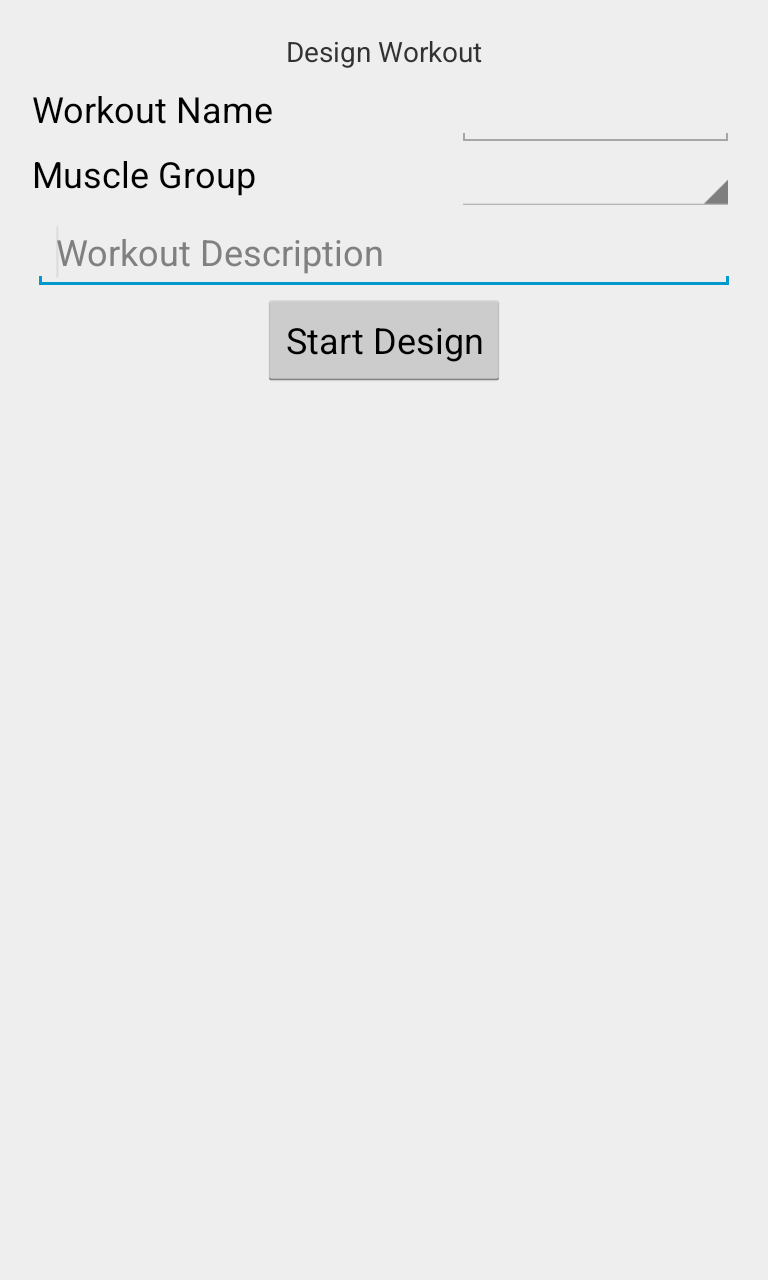
Repository: jmcdon09/EZWorkout
Layout: EzTrain/EzTrain/res/layout/activity_design_workout.xml
The author's editor kept a copy of each file at every save. The layout is drawn from the files as they stood at one save, then again after the next save.
It is drawn on a 768 x 1280 px phone screen (xhdpi) without system bars, with theme AppTheme; the app's code is not run.

Above is the layout before, as saved 2014-03-28 14:41:19.

### EzTrain/EzTrain/res/layout/activity_design_workout.xml
<LinearLayout xmlns:android="http://schemas.android.com/apk/res/android"
    xmlns:tools="http://schemas.android.com/tools"
    android:id="@+id/LinearLayout1"
    android:layout_width="match_parent"
    android:layout_height="match_parent"
    android:orientation="vertical"
    android:background="@color/background"
    android:paddingBottom="@dimen/activity_vertical_margin"
    android:paddingLeft="@dimen/activity_horizontal_margin"
    android:paddingRight="@dimen/activity_horizontal_margin"
    android:paddingTop="@dimen/activity_vertical_margin"
    tools:context=".DesignWorkout" >

    <TextView
        android:id="@+id/design_your_workout"
        android:layout_width="wrap_content"
        android:layout_gravity="center"
        android:layout_height="wrap_content"
        android:text="@string/design_work" />

    <LinearLayout android:layout_width="fill_parent" android:layout_height="wrap_content"
        android:weightSum="100" >
        <TextView
	        android:id="@+id/design_name"
	        android:layout_weight="40"
	        android:layout_width="fill_parent"
    	    android:layout_height="wrap_content"
        	android:text="@string/workout_name"
        	android:textAppearance="?android:attr/textAppearanceMedium" />

    	<EditText
    	    android:layout_weight="60"
        	android:id="@+id/design_name_enter"
        	android:layout_width="fill_parent"
        	android:layout_height="wrap_content"
        	android:inputType="text"
        	android:ems="10" >

        	<requestFocus />
    	</EditText>
	</LinearLayout>

    <LinearLayout android:layout_width="fill_parent" android:layout_height="wrap_content"
        android:weightSum="100" >
	    <TextView
	        android:id="@+id/design_muscle_group"
	        android:layout_width="fill_parent"
	        android:layout_height="wrap_content"
	        android:text="@string/muscle_group"
	        android:layout_weight="40"
	        android:textAppearance="?android:attr/textAppearanceMedium" />

	    <Spinner
	        android:id="@+id/muscle_group_spinner"
	        android:layout_weight="60"
	        android:layout_width="fill_parent"
	        android:layout_height="wrap_content" />

	</LinearLayout>


	<EditText
	    android:id="@+id/design_workout_notes_input"
	    android:layout_width="fill_parent"
	    android:layout_height="wrap_content"
        android:ems="10"
	    android:inputType="textMultiLine"
	    android:hint="@string/workout_description" >
        <requestFocus />
	</EditText>

    <Button
        android:id="@+id/design_workout_begin"
        android:layout_width="wrap_content"
        android:layout_height="wrap_content"
        android:layout_gravity="center"
        android:text="@string/begin_design" />

</LinearLayout>

### EzTrain/EzTrain/res/values-v11/styles.xml
<?xml version="1.0" encoding="utf-8"?>
<resources>

    <!--
        Base application theme for API 11+. This theme completely replaces
        AppBaseTheme from res/values/styles.xml on API 11+ devices.
    -->
    <style name="AppBaseTheme" parent="android:Theme.Holo.Light">
        <!-- API 11 theme customizations can go here. -->
    </style>

    <style name="FullscreenTheme" parent="android:Theme.Holo">
        <item name="android:actionBarStyle">@style/FullscreenActionBarStyle</item>
        <item name="android:windowActionBarOverlay">true</item>
        <item name="android:windowBackground">@null</item>
        <item name="buttonBarStyle">?android:attr/buttonBarStyle</item>
        <item name="buttonBarButtonStyle">?android:attr/buttonBarButtonStyle</item>
    </style>

    <style name="FullscreenActionBarStyle" parent="android:Widget.Holo.Light.ActionBar">
        <item name="android:background">@color/action_bar_background</item>
        <item name="android:actionMenuTextColor">@color/black_overlay</item>
    </style>

</resources>

### EzTrain/EzTrain/res/values-v14/styles.xml
<resources>

    <!--
        Base application theme for API 14+. This theme completely replaces
        AppBaseTheme from BOTH res/values/styles.xml and
        res/values-v11/styles.xml on API 14+ devices.
    -->
    <style name="AppBaseTheme" parent="@android:style/Theme.Holo.Light.DarkActionBar">
        <!-- API 14 theme customizations can go here. -->
        <item name="android:actionBarStyle">@style/MyActionBar</item>


    </style>

    <style name="MyActionBar" parent="@android:style/Widget.Holo.Light.ActionBar">
        <item name="android:background">@color/action_bar_background</item>
        <item name="android:titleTextStyle">@style/MyActionBarTitle</item>
    </style>

	<style name="MyActionBarTitle" parent="@android:style/TextAppearance.Holo.Widget.ActionBar.Title">
	    <item name="android:textColor">@color/title</item>

	</style>



</resources>

### EzTrain/EzTrain/res/values/colors.xml
<resources>

    <color name="action_bar_background">#4db6af</color>
    <color name="black_overlay">#66000000</color>
    <color name="background">#eee</color>
    <color name="font">#444</color>
    <color name="accent">#ccc</color>
    <color name="title">#FFF</color>

</resources>

### EzTrain/EzTrain/res/values/strings.xml
<?xml version="1.0" encoding="utf-8"?>
<resources>

    <string name="app_name">EZWorkout</string>

    <string-array name="muscle_groups">
        <item>Arms</item>
        <item>Abdominals</item>
        <item>Chest</item>
        <item>Back</item>
        <item>Legs</item>
        <item>Shoulders</item>
    </string-array>

    <string-array name="my_workouts">
        <item>Biceps</item>
        <item>Major Chest Workout</item>
    </string-array>

    <string-array name="chest">
        <item>Benchpress</item>
        <item>Butterflys</item>
        <item>Push Ups</item>
        <item>Iron Cross</item>
        <item>Decline Dumbell Press</item>
        <item></item>
    </string-array>

    <string-array name="arms">
        <item>Bicep Curls</item>
        <item>Spider Curls</item>
        <item>Tricep Dips</item>
        <item>Skullcrushers</item>
        <item>French Press</item>
    </string-array>

    <string-array name="shoudlers">
        <item>Shoulder Abduction</item>
        <item>Military Press</item>
    </string-array>

    <string-array name="abdominals">
        <item>Crunches</item>
        <item>Russian Twists</item>
        <item>Sit-ups</item>
        <item>Toe Touches</item>
    </string-array>

    <string-array name="legs">
        <item>One Legged Squats</item>
        <item>Romanian Deadlifts</item>
        <item>Trap Bar Deadlifts</item>
        <item>Box Jumps</item>
    </string-array>

    <string-array name="back">
        <item>Standing Good Mornings</item>
        <item>Seated Good Mornings</item>
        <item>Reverse Hypers</item>
        <item>Chin Ups</item>
    </string-array>

    <string name="workout_now">Start Workout</string>
    <string name="progress">My Progress</string>
    <string name="design_work">Design Workout</string>
    <string name="title_activity_start_workout">Start Workout</string>
    <string name="title_activity_my_progress">My Progress</string>
    <string name="title_activity_design_workout">Design Workout</string>
    <string name="title_activity_add_exercises">Add Exercises</string>
    <string name="title_activity_create_exercise">Create Exercise</string>
    <string name="title_activity_preview_workout">Preview Workout</string>
    <string name="title_activity_my_workouts">My Workouts</string>
    <string name="title_activity_workout">Workout</string>
    <string name="title_activity_active_workout">Active Workout</string>
    <string name="workout_name">Workout Name</string>
    <string name="return_workout"></string>
    <string name="action_settings">Action Settings</string>
    <string name="add_exercise_to_workout">Add Exercises to </string>
    <string name="add_exercise">Add Exercise</string>
    <string name="begin_design">Start Design</string>
    <string name="create_exercise">Create Exercise</string>
    <string name="muscle_group">Muscle Group</string>
    <string name="workout_description">Workout Description</string>
    <string name="related_workouts">Related Workouts</string>
    <string name="my_workouts">My Workouts</string>
    <string name="exercises">Exercises</string>
    <string name="start_workout">Start Workout</string>
    <string name="browse_workouts">Browse Workouts</string>
    <string name="exercise_name">Exercise Name</string>
    <string name="set_number">Set #</string>
    <string name="reps">Repitions</string>
    <string name="rep_hint">Rep hint goes here</string>
    <string name="weight">Weight</string>
    <string name="table_exercise">Exercise</string>
    <string name="table_sets">Sets</string>
    <string name="table_reps">Repititions</string>
    <string name="action_home">Home</string>
    <string name="exercise1">Bench press </string>
    <string name="set1">4</string>
    <string name="rep1">8#821112</string>
    <string name="exercise_detail">Details here</string>
    <string name="title_activity_preview_exercise">Preview Exercise</string>
    <string name="hello_world">Hello world!</string>
    <string name="preview_workout">Preview Workout</string>
    <string name="title_activity_preview_design">Preview Design</string>
    <string name="exercise">Exercise: </string>
    <string name="preview_exer_set">Sets: </string>
    <string name="preview_exer_reps">Reps: </string>

</resources>

Loaded but not shown: EzTrain/EzTrain/res/values/styles.xml (common file); EzTrain/EzTrain/res/values/dimens.xml (common file)

After the next save:
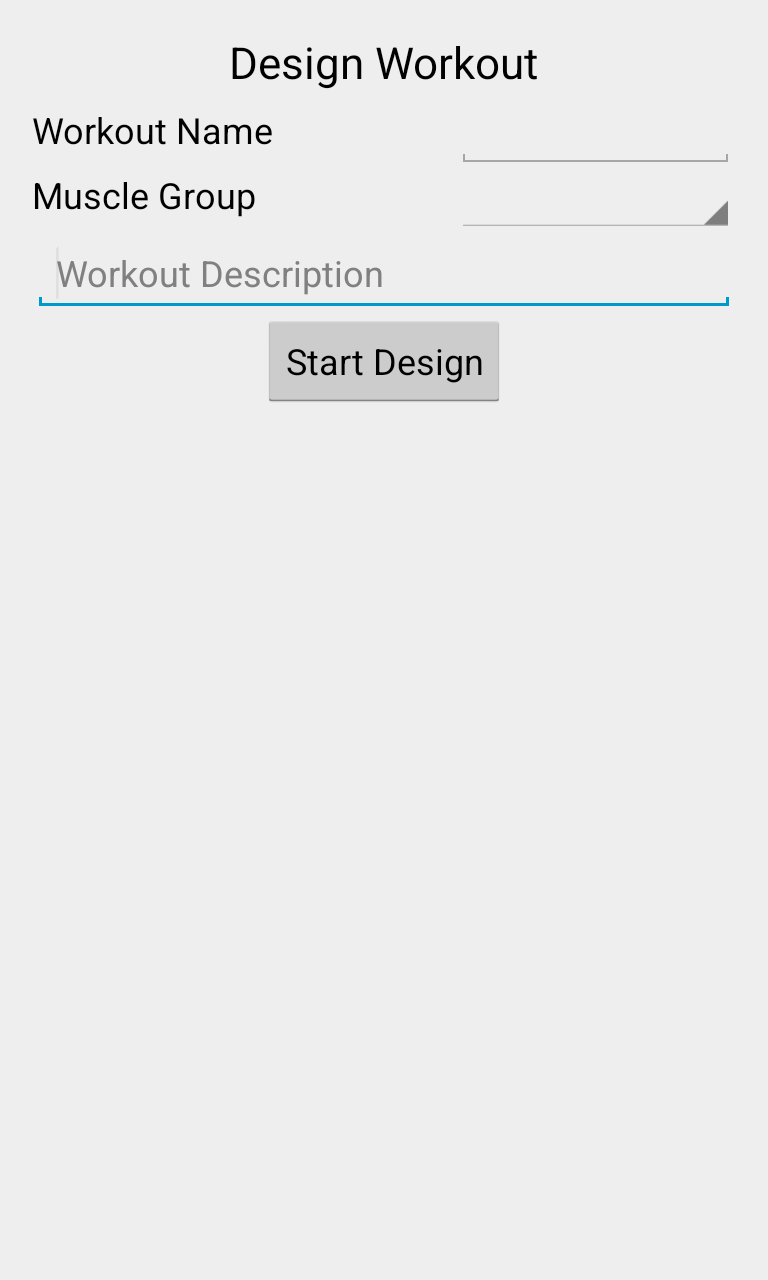
Saved 102 s later.
--- a/EzTrain/EzTrain/res/layout/activity_design_workout.xml
+++ b/EzTrain/EzTrain/res/layout/activity_design_workout.xml
@@ -16,7 +16,8 @@
         android:layout_width="wrap_content"
         android:layout_gravity="center"
         android:layout_height="wrap_content"
-        android:text="@string/design_work" />
+        android:text="@string/design_work"
+        android:textAppearance="?android:attr/textAppearanceLarge" />
 
     <LinearLayout android:layout_width="fill_parent" android:layout_height="wrap_content"
         android:weightSum="100" >
